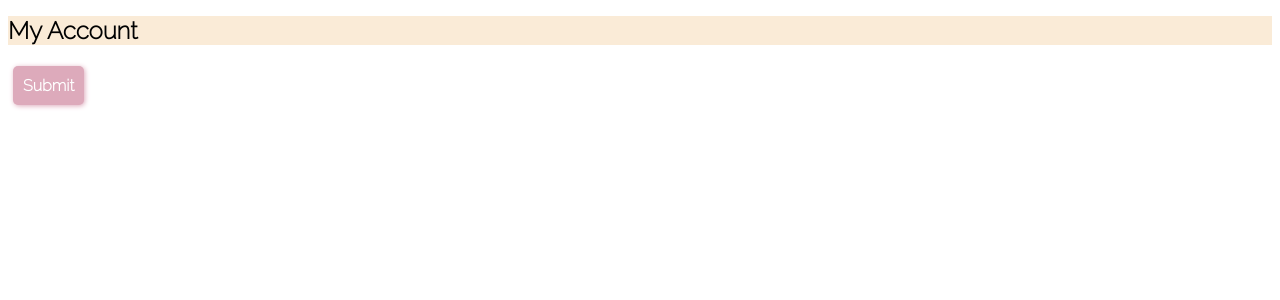
Repository: semileeBCIT/MDIA2109Tut4
Page: /Account
The author's editor kept a copy of each file at every save. The page is drawn from the files as they stood at one save, then again after a run of saves.
The browser window is 1280 px wide. The pictures show the whole page.
The project was rebuilt for these pictures with package versions that can differ from the ones it lists, and the page was loaded fresh each time. The framework's server and built-in components were replaced by stand-ins that run in the browser. Also part of the build but not shown: next.config.js.

Above is the page before, as saved 2020-04-15 22:15:03.

### pages/_app.js
// import App from 'next/app'
import './app.css';

function MyApp({ Component, pageProps }) {
    return <Component {...pageProps} />
  }

  // Only uncomment this method if you have blocking data requirements for
  // every single page in your application. This disables the ability to
  // perform automatic static optimization, causing every page in your app to
  // be server-side rendered.
  //
  // MyApp.getInitialProps = async (appContext) => {
  //   // calls page's `getInitialProps` and fills `appProps.pageProps`
  //   const appProps = await App.getInitialProps(appContext);
  //
  //   return { ...appProps }
  // }

  export default MyApp

### pages/_document.js
import Document, { Html, Head, Main, NextScript } from 'next/document';

class MyDocument extends Document {
  static async getInitialProps(ctx) {
    const initialProps = await Document.getInitialProps(ctx)
    return { ...initialProps }
  }

  render() {
    return (
      <Html>
        <Head />
        <body>
          <link href="https://fonts.googleapis.com/css2?family=Raleway:wght@200&display=swap" rel="stylesheet"></link>
          <Main />
          <NextScript />
        </body>
      </Html>
    )
  }
}

export default MyDocument

### pages/Account/index.js
import {useEffect} from 'react';
import './account.css';
import CustomButton from '../../comps/CustomButton';
import Header from '../../comps/Header';

const Account = () => {
    useEffect(()=>{
        setTimeout(()=>{
            document.querySelector("#account").style.left = 0;
        }, 50)

    }, []);

    return <div id="account">
    <Header text="My Account" fontSize={24}/>
    <CustomButton text='Submit' />

</div>
}

export default Account;

### pages/app.css
*{
    font-family: 'Raleway', sans-serif;
}

### pages/Account/account.css
#account {
    position: relative;
    left:-100%;
    transition: left 1s;
}

### comps/CustomButton/index.js
import React, {useState, useEffect} from 'react';
import './cb.css';


//Made the UI
const CustomButton = ({text, color, onClick}) => <div
    style={{backgroundColor:color, boxShadow:"1px 1px 5px " + color}}
    className="custom_button_box"
    onClick={onClick}
    >
    <div className="custom_button_box_inner">
        {text}
    </div>
</div>

CustomButton.defaultProps = {
    text:"Default Button",
    color:"#DAB",
    onClick:ButtonClick
}

export default CustomButton;

function ButtonClick(){
    // alert("Clicked");
    //document.query...style.width = "100px";
}

### comps/Header/index.js
//use the same component to change the fontSize
//change the text color of the header
//change the onMouseOver

import React from 'react';
import './header.css';

const Header = ({text,fontSize, color}) => <div
    style={{color:color, fontSize:fontSize }}
    className='header'
    >
    <h1 style={{fontSize:fontSize}}>{text}</h1>
</div>

function MouseOver(){
    alert("mouse is over");
}

Header.defaultProps = {
    fontSize:12,
    color:"#000",
    onMouseOver:MouseOver,
    text:"Header"
}

export default Header;

### comps/CustomButton/cb.css
.custom_button_box {
    display: inline-flex;
    border-radius: 5px;
    padding: 10px;
    font-weight: bolder;
    color:#fff;
    cursor: pointer;
    box-shadow:1px 1px 5px #dab;
    margin:5px;
}

.custom_button_box:active{
    background-color:#999;
}

.custom_button_box_inner::selection {
    background:none;
    color:none;
}

### comps/Header/header.css
.header{
    background-color: antiquewhite;
    font-size: 16px;
}

### comps/Input/index.js
import React, {useState} from 'react';
import './input.css';
import CustomButton from '../CustomButton';

const Input = ({placeholder, onClick}) => {
  const [val, setVal] = useState("");

  return <div className="input_cont">
    <input onChange={(e)=>{
      setVal(e.target.value)
     }} type='text' placeholder={placeholder} />
    <CustomButton onClick={()=>{
     // alert(val);
      onClick(val);
    }} text="send" color="#58F"/>
  </div>;
}

Input.defaultProps = {
    placeholder:"Type your chat here!",
    onClick:()=>{}
}

export default Input;

### comps/Input/input.css
.input_cont input {
    padding:10px;
    border-radius: 5px;
    border:#AAA solid 1px;
    margin-right: 10px;
}

After the next 3 saves:
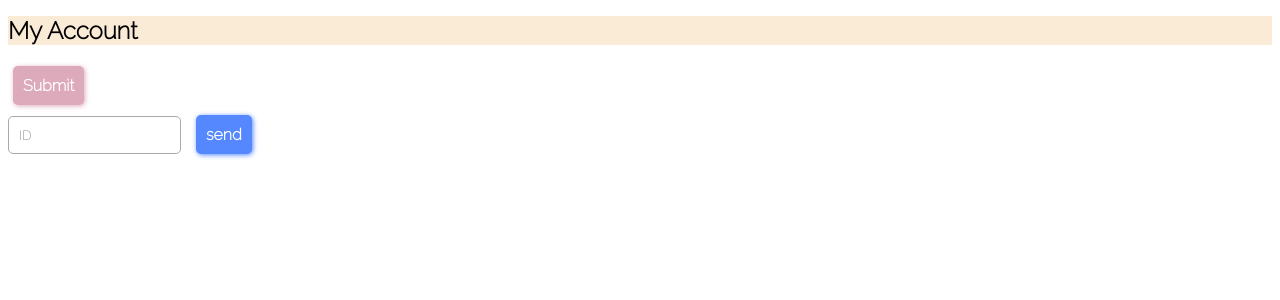
The 3 saves are shown as one change because 2 did not build or start.
The last was saved 9 min 5 s later.
--- a/pages/Account/index.js
+++ b/pages/Account/index.js
@@ -2,6 +2,7 @@ import {useEffect} from 'react';
 import './account.css';
 import CustomButton from '../../comps/CustomButton';
 import Header from '../../comps/Header';
+import Input from '../../comps/Input';
 
 const Account = () => {
     useEffect(()=>{
@@ -14,7 +15,7 @@ const Account = () => {
     return <div id="account">
     <Header text="My Account" fontSize={24}/>
     <CustomButton text='Submit' />
-
+    <Input placeholder="ID" />
 </div>
 }
 
